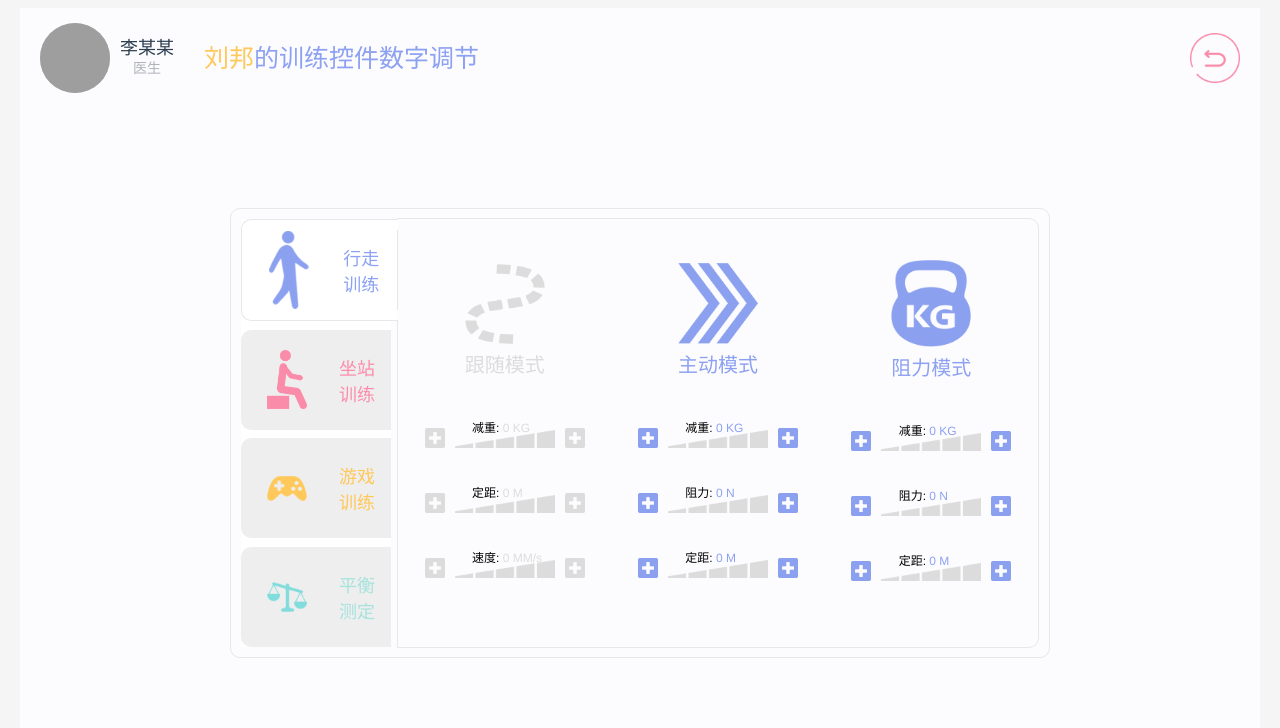
Repository: wangdanqing90/electron-vue-doctor
Page: /#/trainingAdjust
An editor plug-in stored every save of this project. The page is shown before and after the next save, followed by the edit.
The browser window is 1280 px wide. The pictures show the whole page.
Pictures or frames that could not be fetched are drawn as grey boxes. The project was rebuilt for these pictures with package versions that can differ from the ones it lists, and the page was loaded fresh each time. Also part of the build but not shown: vue.config.js, src/views/Home.vue, src/assets/styles/variable.scss, src/assets/styles/iconfont.css.

Above is the page before, as saved 2020-01-15 15:06:19.

### public/index.html
<!DOCTYPE html>
<html lang="en">
  <head>
    <meta charset="utf-8">
    <meta http-equiv="X-UA-Compatible" content="IE=edge">
    <meta name="viewport" content="width=device-width,initial-scale=1.0">
    <link rel="icon" href="<%= BASE_URL %>favicon.ico">
    <title>electron-vue-demo</title>
  </head>
  <body>
    <noscript>
      <strong>We're sorry but electron-vue-demo doesn't work properly without JavaScript enabled. Please enable it to continue.</strong>
    </noscript>
    <div id="app"></div>
    <!-- built files will be auto injected -->
  </body>
</html>

### src/App.vue
<template>
  <div id="app">
    <!-- <div id="nav">
      <router-link to="/">Home</router-link> |
      <router-link to="/about">About</router-link>
    </div>-->
    <keep-alive>
      <router-view v-if="$route.meta.keepAlive"></router-view>
    </keep-alive>
    <router-view v-if="!$route.meta.keepAlive"></router-view>
  </div>
</template>

<style lang="scss">
#app {
  font-family: "Avenir", Helvetica, Arial, sans-serif;
  -webkit-font-smoothing: antialiased;
  -moz-osx-font-smoothing: grayscale;
  text-align: center;
  color: #2c3e50;
  height: 100%;
}
#nav {
  padding: 30px;
  a {
    font-weight: bold;
    color: #2c3e50;
    &.router-link-exact-active {
      color: #42b983;
    }
  }
}
</style>

### src/assets/styles/base.scss
html {
  background: #f5f5f5;
  height: 100%;
}

body {
  height: 100%;
}

p {
  margin: 0;
  padding: 0;
}

ol,
ul {
  list-style: none;
  margin: 0;
  padding: 0;
}

a {
  cursor: pointer;
}

.wrap-white {
  background: #fff;
  padding-left: 20px;
  padding-right: 20px;
  overflow: hidden;

}

.el-breadcrumb {
  margin-bottom: 15px;
}

.el-titleText {
  font-size: 20px;
  color: black;
  height: 64px;
  line-height: 64px;
}

//::-webkit-scrollbar {
//  width: 5px;
//  height: 5px;
//}
//
//::-webkit-scrollbar:horizontal {
//  height: 15px;
//}
//
//::-webkit-scrollbar-track-piece:vertical {
//  background-color: rgba(0, 0, 0, 0.2);
//  -webkit-border-radius: 6px;
//}
//
//::-webkit-scrollbar-track:horizontal {
//  background-color: rgba(0, 0, 0, 0.2);
//}
//
//::-webkit-scrollbar-thumb:vertical {
//  height: 5px;
//  background-color: rgba(125, 125, 125, 0.7);
//  -webkit-border-radius: 6px;
//}
//
//::-webkit-scrollbar-thumb:horizontal {
//  width: 5px;
//  background-color: rgba(125, 125, 125, 0.7);
//}

input[type="text"],
input[type="number"] {
  //-webkit-appearance: none;
  background-color: #fff;
  border-radius: 4px;
  border: 1px solid #d8dce5;
  box-sizing: border-box;
  color: #5a5e66;
  display: inline-block;
  font-size: inherit;
  height: 40px;
  line-height: 1;
  outline: 0;
  padding: 0 15px;
  -webkit-transition: border-color .2s cubic-bezier(.645, .045, .355, 1);
  transition: border-color .2s cubic-bezier(.645, .045, .355, 1);
  width: 100%;

  &:hover {
    border-color: #b4bccc;
  }

  &:focus {
    border-color: #409EFF;
    outline: 0;
  }
}

/*滚动条*/
::-webkit-scrollbar {
  -webkit-appearance: none;
}

::-webkit-scrollbar:vertical {
  width: 10px;
}

::-webkit-scrollbar:horizontal {
  height: 10px;
}

::-webkit-scrollbar-thumb {
  background-color: rgba(0, 0, 0, .5);
  border-radius: 10px;
  border: 2px solid #ffffff;
}

::-webkit-scrollbar-track {
  border-radius: 10px;
  background-color: #ffffff;
}

/*margin*/
.margin-bottom-240 {
  margin-bottom: 240px;
}

.margin-top--10 {
  margin-top: -10px;
}

.margin-top--15 {
  margin-top: -15px;
}

.margin-top--18 {
  margin-top: -18px;
}

.margin-top--20 {
  margin-top: -20px;
}

.margin-top--40 {
  margin-top: -40px;
}

.margin-top--60 {
  margin-top: -60px;
}

.margin-top--80 {
  margin-top: -80px;
}

.margin-top--180 {
  margin-top: -180px;
}

.margin-top-0 {
  margin-top: 0px !important;
}

.margin-top-10 {
  margin-top: 10px;
}

.margin-top-15 {
  margin-top: 15px;
}

.margin-top-20 {
  margin-top: 20px;
}

.margin-top-25 {
  margin-top: 25px;
}

.margin-top-30 {
  margin-top: 30px;
}

.margin-top-35 {
  margin-top: 35px;
}

.margin-top-40 {
  margin-top: 40px;
}

.margin-top-46 {
  margin-top: 46px;
}

.margin-top-50 {
  margin-top: 50px;
}

.margin-top-60 {
  margin-top: 60px;
}

.margin-top-70 {
  margin-top: 70px;
}

.margin-top-80 {
  margin-top: 80px;
}

.margin-top-100 {
  margin-top: 100px;
}

.margin-bottom-0 {
  margin-bottom: 0px !important;
}

.margin-bottom-5 {
  margin-bottom: 5px;
}

.margin-bottom-10 {
  margin-bottom: 20px;
}

.margin-bottom-20 {
  margin-bottom: 20px;
}

.margin-bottom-25 {
  margin-bottom: 25px;
}

.margin-bottom-30 {
  margin-bottom: 30px;
}

.margin-bottom-40 {
  margin-bottom: 40px;
}

.margin-bottom-50 {
  margin-bottom: 50px;
}

.margin-bottom-60 {
  margin-bottom: 60px;
}

.margin-bottom-70 {
  margin-bottom: 70px;
}

.margin-left-0 {
  margin-left: 0px !important;
}

.margin-left-5 {
  margin-left: 5px;
}

.margin-left--15 {
  margin-left: -15px;
}

.margin-left--35 {
  margin-left: -35px;
}

.margin-left-10 {
  margin-left: 10px;
}

.margin-left-25 {
  margin-left: 25px;
}

.margin-left-30 {
  margin-left: 30px;
}

.margin-left-40 {
  margin-left: 40px;
}

.margin-right-0 {
  margin-right: 0px;
}

.margin-right-5 {
  margin-right: 5px;
}

.margin-right-10 {
  margin-right: 10px;
}

.margin-right-30 {
  margin-right: 30px;
}


.margin-right--15 {
  margin-right: -15px;
}

.margin-right--35 {
  margin-right: -35px;
}

.margin-right--50 {
  margin-right: -50px;
}

.margin-0 {
  margin: 0px;
}

.padding-top-5 {
  padding-top: 5px;
}

.padding-top-10 {
  padding-top: 10px;
}

.padding-top-15 {
  padding-top: 15px;
}

.padding-top-20 {
  padding-top: 20px;
}

.padding-top-26 {
  padding-top: 26px;
}

.padding-top-30 {
  padding-top: 30px;
}

.padding-top-35 {
  padding-top: 35px;
}

.padding-top-40 {
  padding-top: 40px;
}

.padding-top-60 {
  padding-top: 60px;
}

.padding-top-70 {
  padding-top: 70px;
}

.padding-top-100 {
  padding-top: 100px;
}

.padding-top-150 {
  padding-top: 150px;
}

.padding-top-250 {
  padding-top: 250px;
}

.padding-left-0 {
  padding-left: 0px;
}

.padding-left-5 {
  padding-left: 5px;
}

.padding-left-7 {
  padding-left: 7.5px;
}

.padding-left-10 {
  padding-left: 10px;
}

.padding-left-12 {
  padding-left: 12px;
}

.padding-left-15 {
  padding-left: 15px;
}

.padding-left-20 {
  padding-left: 20px;
}

.padding-left-24 {
  padding-left: 24px;
}

.padding-left-30 {
  padding-left: 30px;
}

.padding-left-40 {
  padding-left: 40px;
}

.padding-left-50 {
  padding-left: 50px;
}

.padding-left-70 {
  padding-left: 70px;
}

.padding-left-90 {
  padding-left: 90px;
}

.padding-bottom-5 {
  padding-bottom: 5px;
}

.padding-bottom-10 {
  padding-bottom: 10px;
}

.padding-bottom-20 {
  padding-bottom: 20px;
}

.padding-bottom-26 {
  padding-bottom: 26px;
}

.padding-bottom-30 {
  padding-bottom: 30px;
}

.padding-bottom-40 {
  padding-bottom: 40px;
}

.padding-bottom-50 {
  padding-bottom: 50px;
}

.padding-bottom-60 {
  padding-bottom: 60px;
}

.padding-bottom-100 {
  padding-bottom: 100px;
}

.padding-right-0 {
  padding-right: 0px;
}

.padding-right-7 {
  padding-right: 7.5px;
}

.padding-right-15 {
  padding-right: 15px;
}

.padding-right-30 {
  padding-right: 30px;
}

.padding-right-40 {
  padding-right: 40px;
}

.padding-right-50 {
  padding-right: 50px;
}

.padding-right-60 {
  padding-right: 60px;
}

.padding-right-90 {
  padding-right: 90px;
}

.padding-0 {
  padding: 0px !important;
}

.padding-15 {
  padding: 15px;
}

.padding-20 {
  padding: 20px;
}

@media (min-width: 992px) {
  .margin-left-15 {
    margin-left: 15px;
  }

  .margin-right-15 {
    margin-right: 15px;
  }
}

body {
  font-size: 12px;
  color: #7F8FA4;
  font-family: "Helvetica Neue", Helvetica, "PingFang SC", "Hiragino Sans GB", "Microsoft YaHei", "微软雅黑", Arial, sans-serif;
  box-sizing: border-box;
}

.container {
  width: 1200px;
  min-height: 100%;
  margin: 0 auto;
  background: #fcfcfe;
  padding: 0 20px;
}

.el-dialog__body {
  font-size: 12px;
}

.pb10 {
  padding-bottom: 10px;
}

.pb30 {
  padding-bottom: 30px;
}

.mb30 {
  margin-bottom: 30px;
}

.toolbar {
  background: #fff;
  padding: 10px;
  margin: 10px 0px;
  text-align: center;
}

.handleMoreWrap .el-dialog__body {
  padding: 10px;
}

.handleMore-title {
  text-align: center;
  padding-bottom: 6px;
}

.handleMoreHeight {
  max-height: 300px;
  overflow: hidden;
  overflow-y: auto;
  border-top: 1px solid #ddd;
  padding-top: 10px;
}

.el-table__header th {
  white-space: nowrap;
  font-size: 12px;
  font-weight: 100;
}

.content-wrapper {
  -webkit-overflow-scrolling: touch;
}

.center {
  text-align: center;
}

.text-right {
  text-align: right;
}

.text-left {
  text-align: left;
}

.f-left {
  float: left;
}

.f-right {
  float: right;
}

.hand {
  cursor: pointer;
}

/*flex兼容*/
.display_flex {
  display: -webkit-box;
  display: -ms-flexbox;
  display: -webkit-flex;
  display: flex;
}

// .display_flex>* {
//   display: block;
// }

.display_inline-flex {
  display: -webkit-inline-box;
  display: -ms-inline-flexbox;
  display: -webkit-inline-flex;
  display: inline-flex;
}

// .display_inline-flex>* {
//   display: block;
// }

/*伸缩流方向*/
.flex-direction_column {
  -webkit-box-orient: vertical;
  -ms-flex-direction: column;
  -webkit-flex-direction: column;
  flex-direction: column;
}

/*主轴对齐*/
.justify-content_flex-center {
  -webkit-box-pack: center;
  -ms-flex-pack: center;
  -webkit-justify-content: center;
  justify-content: center;
}

.justify-content_flex-start {
  -webkit-box-pack: start;
  -ms-flex-pack: start;
  -webkit-justify-content: flex-start;
  justify-content: flex-start;
}

.justify-content_flex-end {
  -webkit-box-pack: end;
  -ms-flex-pack: end;
  -webkit-justify-content: flex-end;
  justify-content: flex-end;
}

.justify-content_flex-justify {
  -webkit-box-pack: justify;
  -ms-flex-pack: justify;
  -webkit-justify-content: space-between;
  justify-content: space-between;
}

.justify-content_flex-around {
  -webkit-box-pack: justify;
  -ms-flex-pack: justify;
  -webkit-justify-content: space-around;
  justify-content: space-around;
}

/*侧轴对齐*/
.align-items_flex-start {
  -webkit-box-align: start;
  -ms-flex-align: start;
  -webkit-align-items: flex-start;
  align-items: flex-start;
}

.align-items_flex-end {
  -webkit-box-align: end;
  -ms-flex-align: end;
  -webkit-align-items: flex-end;
  align-items: flex-end;
}

.align-items_center {
  -webkit-box-align: center;
  -ms-flex-align: center;
  -webkit-align-items: center;
  align-items: center;
}

.align-items_baseline {
  -webkit-box-align: baseline;
  -ms-flex-align: baseline;
  -webkit-align-items: baseline;
  align-items: baseline;
}

/*伸缩性*/
.flex_auto {
  -webkit-box-flex: 1;
  -ms-flex: auto;
  -webkit-flex: auto;
  flex: auto;
}

.flex_1 {
  width: 0;
  -webkit-box-flex: 1;
  -ms-flex: 1;
  -webkit-flex: 1;
  flex: 1;
}

/*显示顺序*/
.order_2 {
  -webkit-box-ordinal-group: 2;
  -ms-flex-order: 2;
  -webkit-order: 2;
  order: 2;
}

.order_3 {
  -webkit-box-ordinal-group: 3;
  -ms-flex-order: 3;
  -webkit-order: 3;
  order: 3;
}

### src/assets/styles/common.scss
.clearfix {

  &::after {
    display: block;
    height: 0;
    content: ".";
    clear: both;
    visibility: hidden;
  }
}

.float-left {
  float: left;
}

.float-right {
  float: right;
}

.align-left {
  text-align: left;
}

.align-right {
  text-align: right;
}

.small-size {
  font-size: 12px !important;
}

.large-size {
  font-size: 16px !important;
}

.New-elFrom {
  padding: 10px;
  background: #fff;

  .el-form-item {
    margin-bottom: 0;
  }

  .el-form-item__label {
    padding: 0;
    line-height: 30px;
    font-size: 12px;
    color: #7F8FA4;

  }

  .el-form-item__content-btn {
    text-align: center;
    padding: 20px 0 10px;
  }

  .el-select {
    display: block;
  }

  .el-date-editor.el-input,
  .el-input-number--medium {
    width: 100%;
  }
}

.el-radio-group {
  display: flex;
  display: -webkit-flex;
}

.el-radio-group .el-radio-button {
  flex: 1;
}



.el-button.purple,
.el-button.purple:active,
.el-button.purple:focus,
.el-button.purple:hover {
  color: white;
  background-color: #8c69e7;
  border: none;
  box-shadow: 0 2px 12px 0 rgba(240, 240, 240, 0.1)
}



.el-dialog {
  border-radius: 10px;

  .el-dialog__body {
    .purple {
      color: $purpleFontColor;
      font-size: 20px;
    }
  }
}

.el-form-item__label {
  color: $purpleFontColor;
}

.el-message-box .el-message-box__content {
  color: $purpleFontColor;
  font-size: 20px;
  margin: 30px 0;
  text-align: center;
}

.purpleFontColor {
  color: $purpleFontColor;
}

.pinkFontColor {
  color: $pinkFontColor;
}

.greenFontColor {
  color: $greenFontColor;
}

.yellowFontColor {
  color: $yellowFontColor;
}

### src/views/TrainingAdjust/TrainingAdjust.vue
<template>
  <div class="container">
    <HeaderDoctor :leftImg="leftImg" :title="title" :titleName="titleName">
      <template v-slot:right>
        <div class="header-right-div display_flex justify-content_flex-center align-items_center">
          <img src="@/../images/back.png" @click="backClick" />
        </div>
      </template>
    </HeaderDoctor>

    <div class="inform-container">
      <div class="inform-inner display_flex justify-content_flex-justify align-items_center">
        <div
          class="left display_inline-flex flex-direction_column justify-content_flex-justify align-items_center"
        >
          <div
            class="left-inner"
            :class="activeClass == index ? 'active':''"
            v-for="(item,index) in tagList"
            :key="index"
            @click="getItem(index)"
          >
            <div
              class="left-inner-inner display_flex justify-content_flex-around align-items_center"
            >
              <img :src="item.imgsrc" />
              <div :class="item.colorClass">
                <div>{{item.name}}</div>
                <div>{{item.namebottom}}</div>
              </div>
            </div>
          </div>
        </div>
        <div class="right display_flex justify-content_flex-justify align-items_center">
          <AdjustContiner :type="1" :disable="activeRight===1"></AdjustContiner>
          <AdjustContiner :type="2" :disable="activeRight===2"></AdjustContiner>
          <AdjustContiner :type="3" :disable="activeRight===3"></AdjustContiner>
        </div>
      </div>
    </div>
  </div>
</template>

<script>
import HeaderDoctor from "@/components/HeaderDoctor/HeaderDoctor.vue";
import AdjustContiner from "@/components/Adjust/AdjustContiner.vue";

export default {
  name: "trainingPlan",
  components: {
    HeaderDoctor,
    AdjustContiner
  },

  data() {
    return {
      leftImg: "",
      activeClass: 0,
      activeRight: 1,
      tagList: [
        {
          name: "行走",
          namebottom: "训练",
          id: 1,
          imgsrc: require("@/../images/walkingtraining.png"),
          colorClass: "purpleFontColor"
        },
        {
          name: "坐站",
          namebottom: "训练",
          id: 2,
          imgsrc: require("@/../images/stationtraining.png"),
          colorClass: "pinkFontColor"
        },
        {
          name: "游戏",
          namebottom: "训练",
          id: 3,
          imgsrc: require("@/../images/gametraining.png"),
          colorClass: "yellowFontColor"
        },
        {
          name: "平衡",
          namebottom: "测定",
          id: 4,
          imgsrc: require("@/../images/balancedetermination.png"),
          colorClass: "greenFontColor"
        }
      ]
    };
  },
  created() {
    this.leftImg = require("../../../images/logo.png");
    this.title = "的训练控件数字调节";
    this.titleName = "刘邦";
  },
  methods: {
    backClick() {
      this.$router.go(-1);
    },
    getItem(index) {
      this.activeClass = index; // 把当前点击元素的index，赋值给activeClass
    },
    selectClick(index) {
      // this.activeRightClass = index;
    }
  },
  watch: {}
};
</script>

<style scoped lang="scss">
.header {
  .header-right {
    img {
      width: 50px;
      margin-left: 20px;
    }
  }
}
.inform-container {
  box-sizing: border-box;
  margin: 100px auto;
  height: 450px;
  font-size: 12px;
  border-radius: 10px;
  border: 1px solid #e7e7e7;
  width: 820px;

  .inform-inner {
    box-sizing: border-box;
    padding: 10px;
    height: 100%;
    font-size: 18px;
    .left {
      width: 150px;
      background: white;
      height: 100%;
      z-index: 10;
      .left-inner {
        width: 100%;
        border-radius: 10px 0 0 10px;
        background: #eeeeee;
        .left-inner-inner {
          height: 80px;
          margin: 10px 0 10px 10px;
        }
        img {
          width: 40px;
        }
      }
      .active {
        background: white;
        border-top: 1px solid #e7e7e7;
        border-left: 1px solid #e7e7e7;
        border-bottom: 1px solid #e7e7e7;
        width: 156px;
        margin-right: -6px;
        .left-inner-inner {
          border-right: 1px solid #e7e7e7;
        }
      }
    }
    .right {
      width: 640px;
      height: 100%;
      border-top: 1px solid #e7e7e7;
      border-right: 1px solid #e7e7e7;
      border-bottom: 1px solid #e7e7e7;
      border-left: 1px solid #e7e7e7;
      border-radius: 0 10px 10px 0;
      color: #dcdcdc;
    }
  }
}
</style>

### src/components/HeaderDoctor/HeaderDoctor.vue
// 头部组件
<template>
  <el-row>
    <el-col :span="24" class="header">
      <div
        @click="jumpDoctorInform"
        class="header-left f-left display_flex justify-content_flex-center align-items_center"
      >
        <el-avatar
          :size="70"
          src="https://cube.elemecdn.com/0/88/03b0d39583f48206768a7534e55bcpng.png"
        ></el-avatar>
        <div
          class="display_flex flex-direction_column justify-content_flex-center align-items_center margin-left-10"
        >
          <div class="name">李某某</div>
          <div class="job">医生</div>
        </div>
      </div>
      <div class="header-middle-name f-left">{{titleName}}</div>
      <div class="header-middle f-left">{{title}}</div>

      <div class="header-right f-right">
        <slot name="right"></slot>
      </div>
    </el-col>
  </el-row>
</template>

<script>
export default {
  name: "HeaderDoctor",
  props: {
    msg: String,
    leftImg: {
      type: String,
      default: "../../../images/logo.png"
    },
    title: { String, default: "" },
    titleName: { String, default: "" }
  },

  data() {
    return {};
  },

  created() {},
  beforeDestroy() {},
  beforeMount() {},
  mounted() {},
  destroyed() {},
  methods: {
    jumpDoctorInform() {
      this.$router.push({
        path: "/detailInform",
        name: "detailInform",
        query: { type: "doctor" }
      });
    }
  }
};
</script>

<style scoped lang="scss">
.header {
  height: 100px;
  line-height: 100px;
  .header-left {
    height: 100%;
    text-align: left;
    margin-right: 30px;
    img {
      width: 150px;
    }
    .name {
      height: 20px;
      line-height: 20px;
      font-size: 18px;
    }
    .job {
      height: 20px;
      line-height: 20px;
      font-size: 14px;
      color: #b0b3b9;
    }
  }
  .header-middle-name {
    font-size: 25px;

    color: $yellowFontColor;
  }
  .header-middle {
    font-size: 25px;

    color: $purpleFontColor;
  }
  .header-right {
    height: 100%;
  }
}

::v-deep .header-right-div {
  height: 100%;
}
</style>

### src/components/Adjust/AdjustContiner.vue
// 调节组件
<template>
  <div class="adjust-container" :class="disable?'':config.fontColor">
    <div class="top" @click="selectClick()">
      <img :src="disable==true?config.imgsrcGray:config.imgsrc" />
      <div>{{config.title}}</div>
    </div>

    <!-- 下面的加减按钮 -->
    <div class="bottom">
      <Adjust
        v-for="(item,index) in config.adjusts"
        :key="index"
        :disable="disable"
        :adjust="config.adjusts[index]"
        :fontColor="config.fontColor"
      ></Adjust>
    </div>
  </div>
</template>

<script>
import Adjust from "@/components/Adjust/Adjust.vue";
export default {
  name: "AdjustContiner",
  components: {
    Adjust
  },
  props: {
    type: {
      type: Number,
      default: 0
    },
    disable: {
      type: Boolean,
      default: true
    }
  },

  data() {
    return {
      config: {}
    };
  },

  created() {
    console.log(this.type + "   " + this.disable);
    if (this.type === 1) {
      this.config = {
        title: "跟随模式",
        imgsrc: require("@/../images/followmode_1.png"),
        imgsrcGray: require("@/../images/followmode_2.png"),
        width: "120px",
        fontColor: "purpleFontColor",
        adjusts: [
          {
            name: "减重",
            step: 10,
            total: 0,
            unit: "KG"
          },
          {
            name: "定距",
            step: 70,
            total: 0,
            unit: "M"
          },
          {
            name: "速度",
            step: 20,
            total: 0,
            unit: "MM/s"
          }
        ]
      };
    } else if (this.type === 2) {
      this.config = {
        title: "主动模式",
        imgsrc: require("@/../images/activemode_1.png"),
        imgsrcGray: require("@/../images/activemode_2.png"),
        width: "120px",
        fontColor: "purpleFontColor",
        adjusts: [
          {
            name: "减重",
            step: 10,
            total: 0,
            unit: "KG"
          },
          {
            name: "阻力",
            step: 6,
            total: 0,
            unit: "N"
          },
          {
            name: "定距",
            step: 20,
            total: 0,
            unit: "M"
          }
        ]
      };
    } else if (this.type === 3) {
      this.config = {
        title: "阻力模式",
        imgsrc: require("@/../images/resistancemode_1.png"),
        imgsrcGray: require("@/../images/resistancemode_2.png"),
        width: "120px",
        fontColor: "purpleFontColor",
        adjusts: [
          {
            name: "减重",
            step: 10,
            total: 0,
            unit: "KG"
          },
          {
            name: "阻力",
            step: 6,
            total: 0,
            unit: "N"
          },
          {
            name: "定距",
            step: 20,
            total: 0,
            unit: "M"
          }
        ]
      };
    }
  },

  methods: {
    selectClick() {
      if (!this.disable) return;
      this.disable = false;
    }
  }
};
</script>

<style scoped lang="scss">
.adjust-container {
  width: 210px;
  padding: 20px 20px;
  .top {
    padding: 0 0 30px 0;
    font-size: 20px;
    img {
      width: 80px;
    }
  }
}
</style>

### src/components/Adjust/Adjust.vue
// 调节组件
<template>
  <div class="adjust">
    <img class="adjustLeft" :src="this.disable?this.addDisableImg:this.addImg" />
    <img class="adjustMiddle" :src="this.imgArry[0]" />
    <img class="adjustRight" :src="this.disable?this.addDisableImg:this.addImg" />
    <div class="inform">
      <span>{{adjust.name}}:</span>
      {{adjust.total}} {{adjust.unit}}
    </div>
  </div>
</template>

<script>
export default {
  name: "Adjust",
  props: {
    adjust: {
      type: Object,
      default: () => {}
    },
    fontColor: {
      type: String,
      default: "purpleFontColor"
    },
    disable: {
      type: Boolean,
      default: false
    }
  },

  data() {
    return {
      addDisableImg: require("@/../images/add_3.png"),
      addImg: "",
      imgArry: []
    };
  },

  created() {
    console.log(this.adjust);
    if (this.fontColor == "purpleFontColor") {
      this.addImg = require("@/../images/add_1.png");
      this.imgArry = [
        require("@/../images/blue_0.png"),
        require("@/../images/blue_1.png"),
        require("@/../images/blue_2.png"),
        require("@/../images/blue_3.png"),
        require("@/../images/blue_4.png"),
        require("@/../images/blue_5.png")
      ];
    }
  },
  beforeDestroy() {},
  beforeMount() {},
  mounted() {},
  destroyed() {},
  methods: {}
};
</script>

<style scoped lang="scss">
.adjust {
  position: relative;
  padding: 20px 0;
  .adjustLeft,
  .adjustRight {
    width: 20px;
  }
  .adjustMiddle {
    width: 100px;
    margin: 0 10px;
  }
  .inform {
    font-size: 12px;
    position: absolute;
    top: 10px;
    left: 54px;
    span {
      color: black;
    }
  }
}
</style>

Loaded but not shown: src/store.js (common file); src/router.js (99 lines, source omitted); src/main.js (32 lines, source omitted); src/assets/js/common.js (22 lines, source omitted)

After the next save:
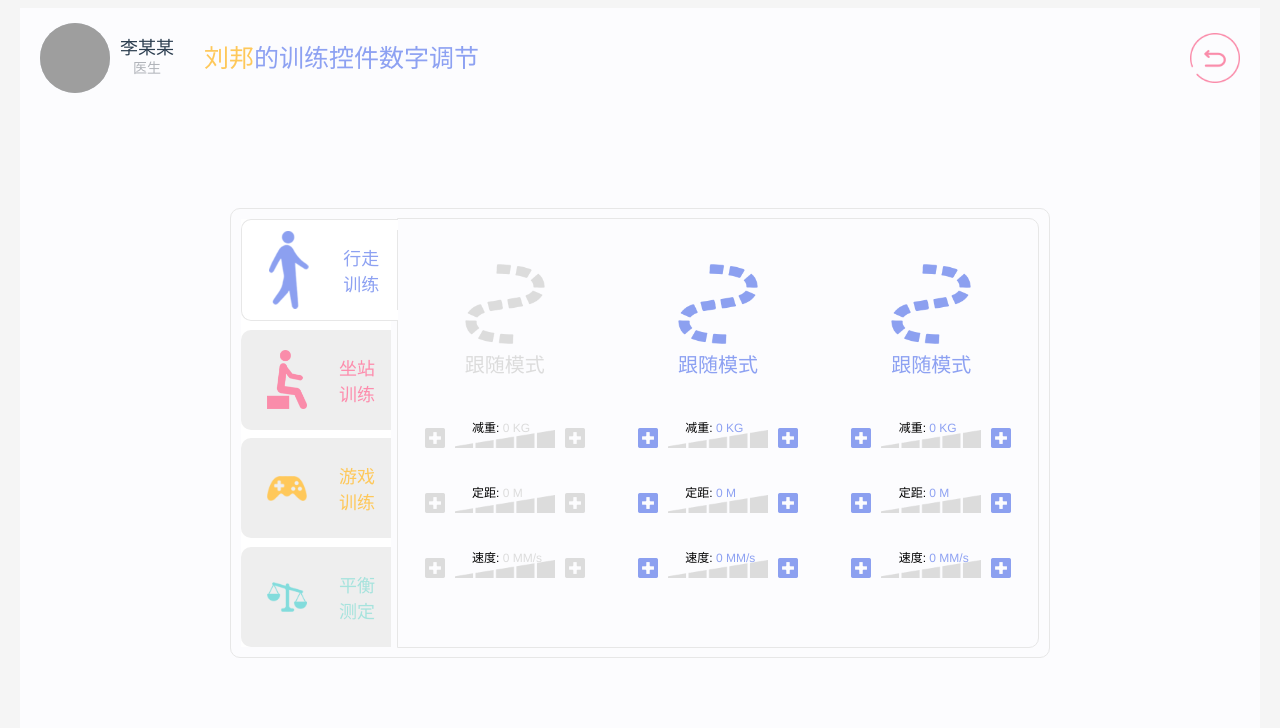
Saved 13 s later.
--- a/src/views/TrainingAdjust/TrainingAdjust.vue
+++ b/src/views/TrainingAdjust/TrainingAdjust.vue
@@ -32,9 +32,9 @@
           </div>
         </div>
         <div class="right display_flex justify-content_flex-justify align-items_center">
-          <AdjustContiner :type="1" :disable="activeRight===1"></AdjustContiner>
-          <AdjustContiner :type="2" :disable="activeRight===2"></AdjustContiner>
-          <AdjustContiner :type="3" :disable="activeRight===3"></AdjustContiner>
+          <AdjustContiner :type="activeRight" :disable="activeRight===1"></AdjustContiner>
+          <AdjustContiner :type="activeRight" :disable="activeRight===2"></AdjustContiner>
+          <AdjustContiner :type="activeRight" :disable="activeRight===3"></AdjustContiner>
         </div>
       </div>
     </div>
